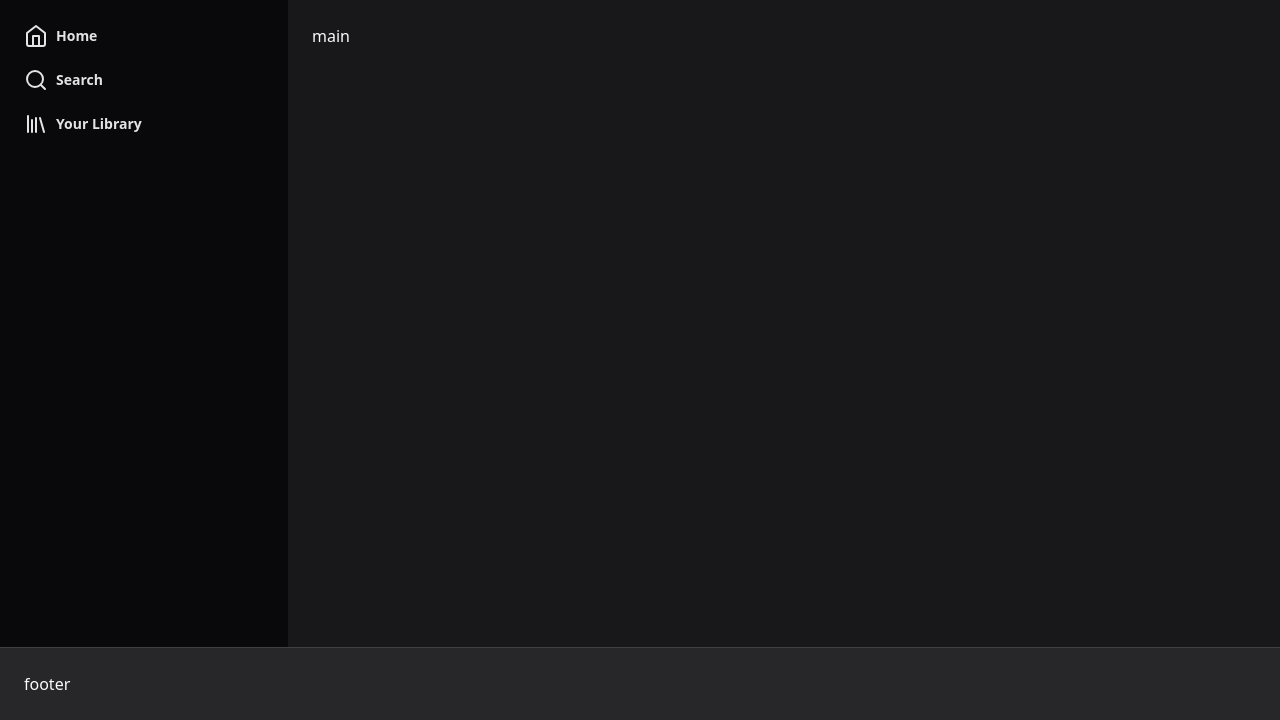
Repository: guilhermecardoso93/tailwind-spotify
Page: /
The author's editor kept a copy of each file at every save. The page is drawn from the files as they stood at one save, then again after the next save.
The browser window is 1280 px wide. The pictures show the whole page.
The project was rebuilt for these pictures with package versions that can differ from the ones it lists, and the page was loaded fresh each time. The framework's server and built-in components were replaced by stand-ins that run in the browser. Also part of the build but not shown: next.config.js.

Above is the page before, as saved 2023-04-15 19:59:45.

After the next save:
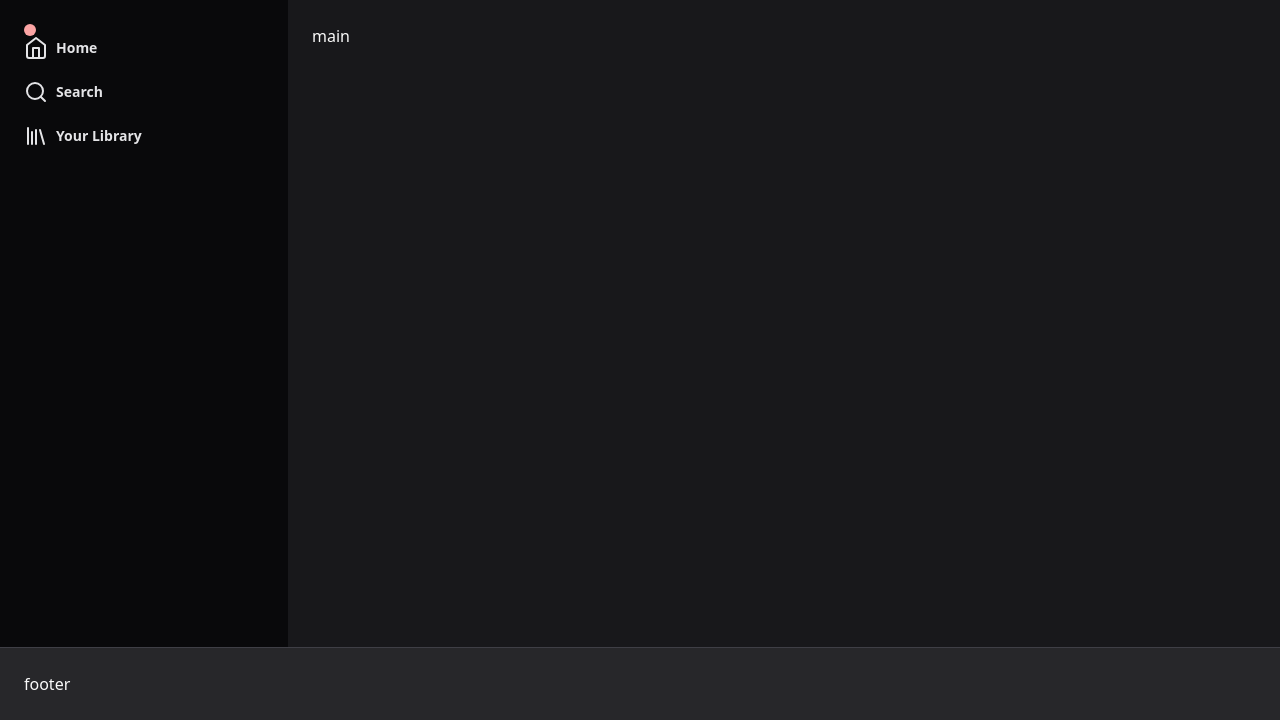
Saved 72 s later.
--- a/src/app/page.tsx
+++ b/src/app/page.tsx
@@ -4,6 +4,9 @@
     <div className="h-screen flex flex-col">
       <div className="flex flex-1">
         <aside className="w-72 bg-zinc-950 p-6">
+          <div className="flex items-center gap-2">
+            <div className="w-3 h-3 bg-red-300 rounded-full"></div>
+          </div>
           <nav className="space-y-5">
             <a href="" className="flex items-center gap-2 text-sm font-semibold text-zinc-200">
               <HomeIcon /> Home
